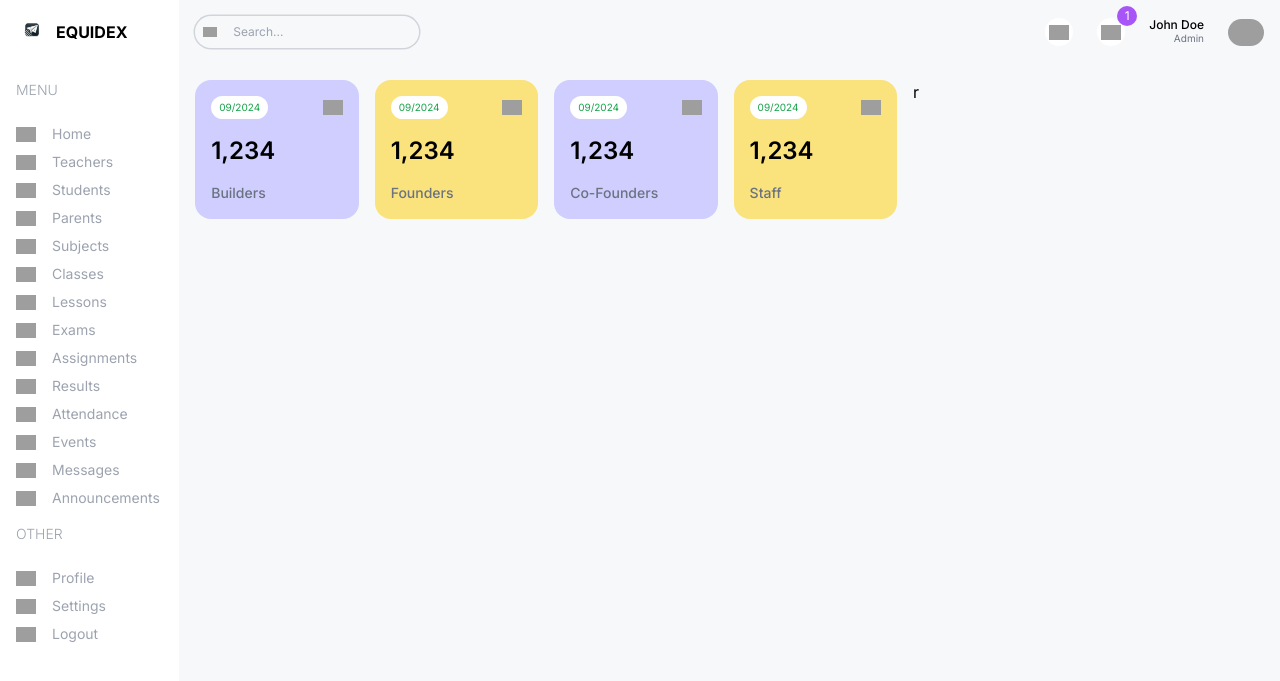
Repository: MikeeBuilds/equidex
Page: /admin
These files come from the project's save history. The page is drawn as it stood at one moment and after a run of saves; the edit follows.
The browser window is 1280 px wide. The pictures show the whole page.
Pictures or frames that could not be fetched are drawn as grey boxes. The project was rebuilt for these pictures with package versions that can differ from the ones it lists, and the page was loaded fresh each time. The framework's server and built-in components were replaced by stand-ins that run in the browser. Also part of the build but not shown: next.config.mjs.

Above is the page before, as saved 2024-09-24 18:29:56.

After the next 5 saves:
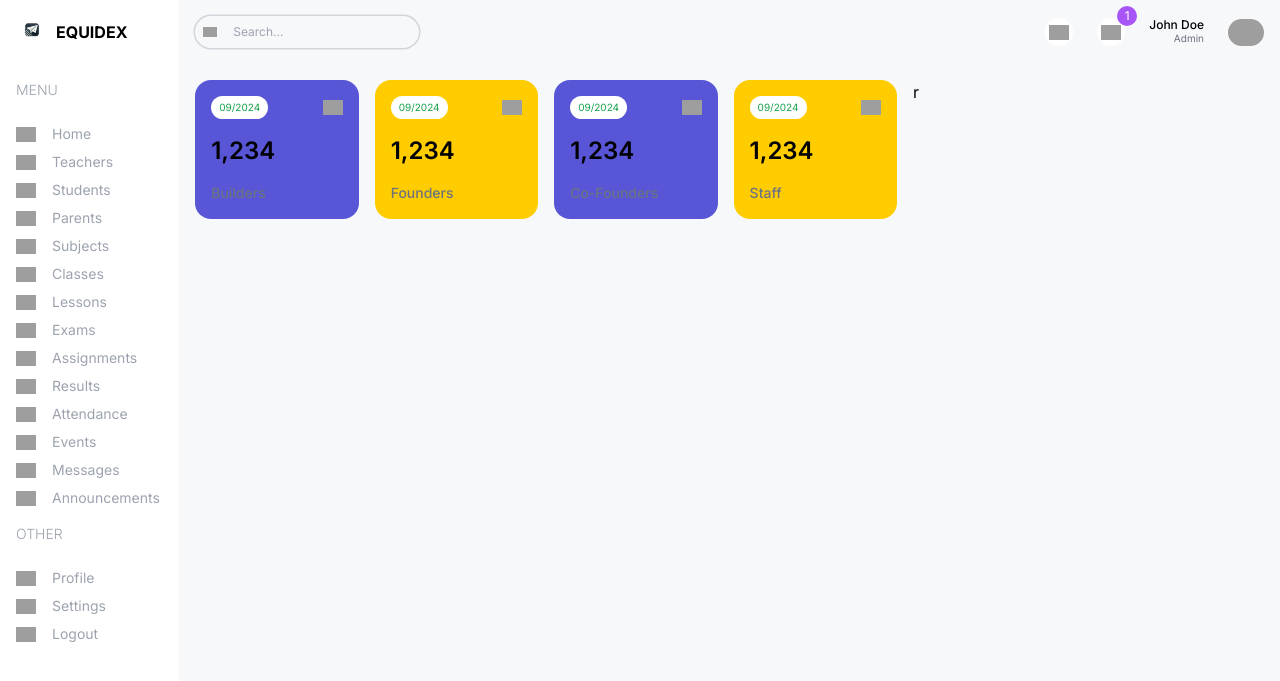
The 5 saves are shown as one change because 3 did not build or start and some came seconds apart.
The last was saved 38 s later.
--- a/tailwind.config.ts
+++ b/tailwind.config.ts
@@ -14,13 +14,13 @@ const config: Config = {
           "conic-gradient(from 180deg at 50% 50%, var(--tw-gradient-stops))",
       },
       colors: {
-        dexSky: "#C3EBFA",
-        dexSkyLight: "#EDF9FD",
-        dexPurple: "#CFCEFF",
-        dexPurpleLight: "#F1F0FF",
-        dexYellow: "#FAE27C",
-        dexYellowLight: "#FEFCE8"
-      }
+        dexSky: "#007AFF",
+        dexSkyLight: "#D4EDFF",
+        dexPurple: "#5856D6",
+        dexPurpleLight: "#E5E5EA",
+        dexYellow: "#FFCC00",
+        dexYellowLight: "#FFFAEF",
+      },
     },
   },
   plugins: [],
